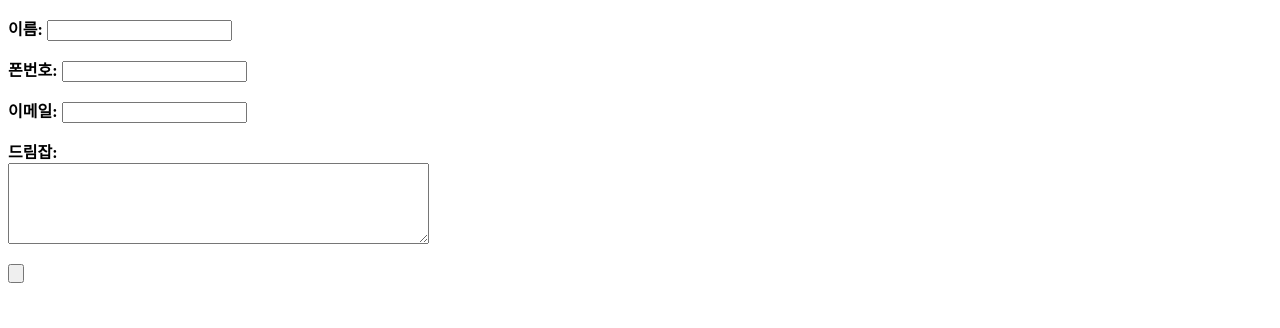
Repository: Visionary1/fullstack-dev-study
Page: http://localhost/Test/lesson04/ex02.jsp
An editor plug-in stored every save of this project. The page is shown before and after the next save, followed by the edit.
The browser window is 1280 px wide. The pictures show the whole page.
The page is served by Tomcat 9.

Above is the page before, as saved 2022-02-11 12:58:33.

### 4_servlet/workspace/Test/src/main/webapp/lesson04/ex02.jsp
<%@ page language="java" contentType="text/html; charset=UTF-8"
    pageEncoding="UTF-8"%>
<!DOCTYPE html>
<html>
<head>
<meta charset="UTF-8">
<title>사용자 추가</title>
</head>
<body>

<!--
	flow

	1) 유저 추가 : 인풋 폼 - ex02.jsp -> 서블릿(insert 쿼리) -> 유저 목록 (select 쿼리) ex02_1.jsp
	2) 유저 삭제 : 유저 목록 ex02_1.jsp 삭제 클릭 -> 서블릿 (delete 쿼리) -> 유저 목록 ex02_1.jsp
 -->

 	<form method="post" action="/lesson04/user_insert">
 		<p>
 			<b>이름:</b>
 			<input type="text" name="name">
 		</p>

 		<p>
 			<b>폰번호:</b>
 			<input type="text" name="phoneNumber">
 		</p>

 		<p>
 			<b>이메일:</b>
 			<input type="text" name="email">
 		</p>

 		<p>
 			<b>드림잡:</b><br>
 			<textarea rows="5" cols="50" name="dreamJob"></textarea>
 		</p>

 		<p>
 			<button type="submit" value="추가">
 		</p>


 	</form>

</body>
</html>

After the next save:
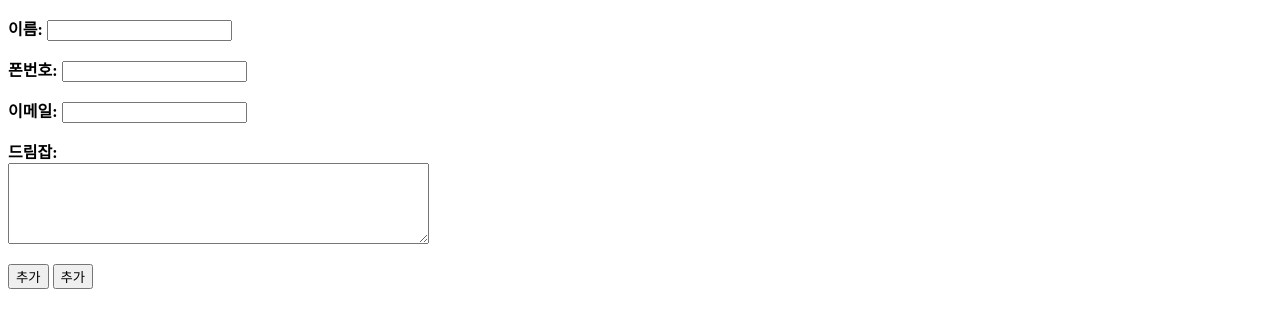
Saved 38 s later.
--- a/4_servlet/workspace/Test/src/main/webapp/lesson04/ex02.jsp
+++ b/4_servlet/workspace/Test/src/main/webapp/lesson04/ex02.jsp
@@ -37,7 +37,8 @@
  		</p>
 
  		<p>
- 			<button type="submit" value="추가">
+ 			<input type="submit" value="추가">
+ 			<button type="submit">추가</button>
  		</p>
 
 
